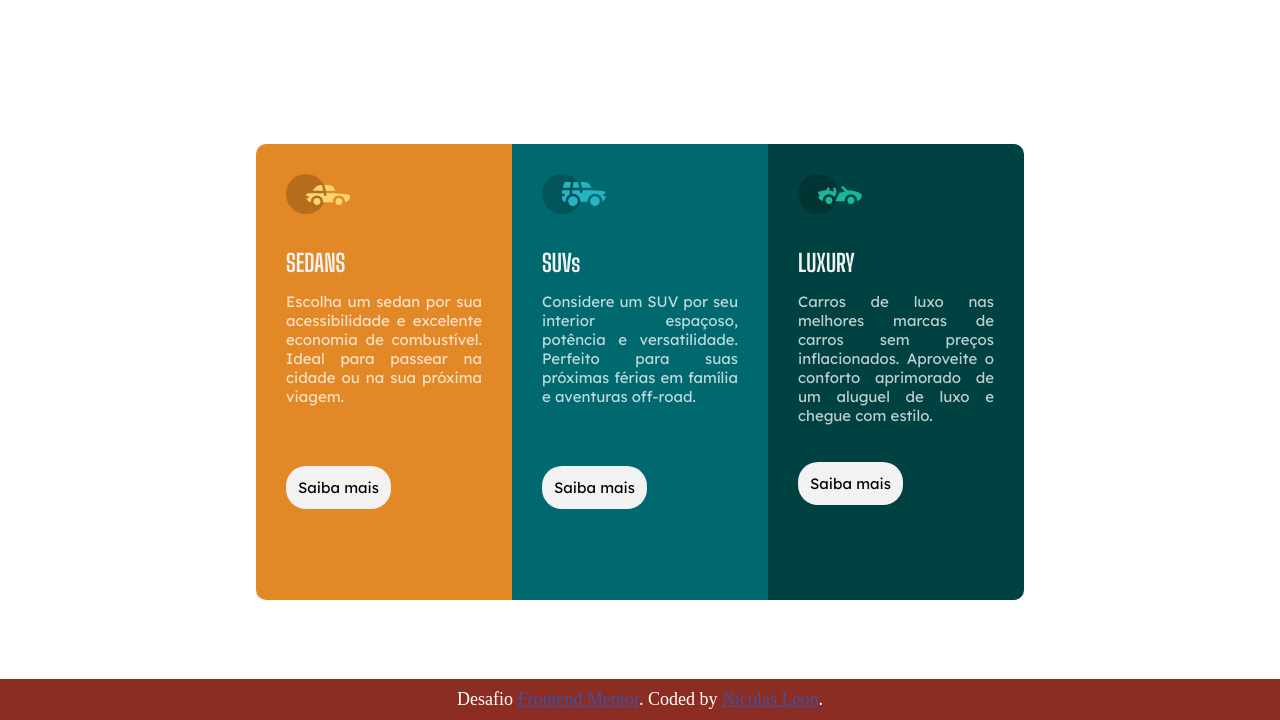
Repository: Leonngc/Car-cards
Page: index.html
The author's editor kept a copy of each file at every save. The page is drawn from the files as they stood at one save, then again after a run of saves.
The browser window is 1280 px wide. The pictures show the whole page.

Above is the page before, as saved 2023-01-17 19:21:26.

After the next 2 saves:
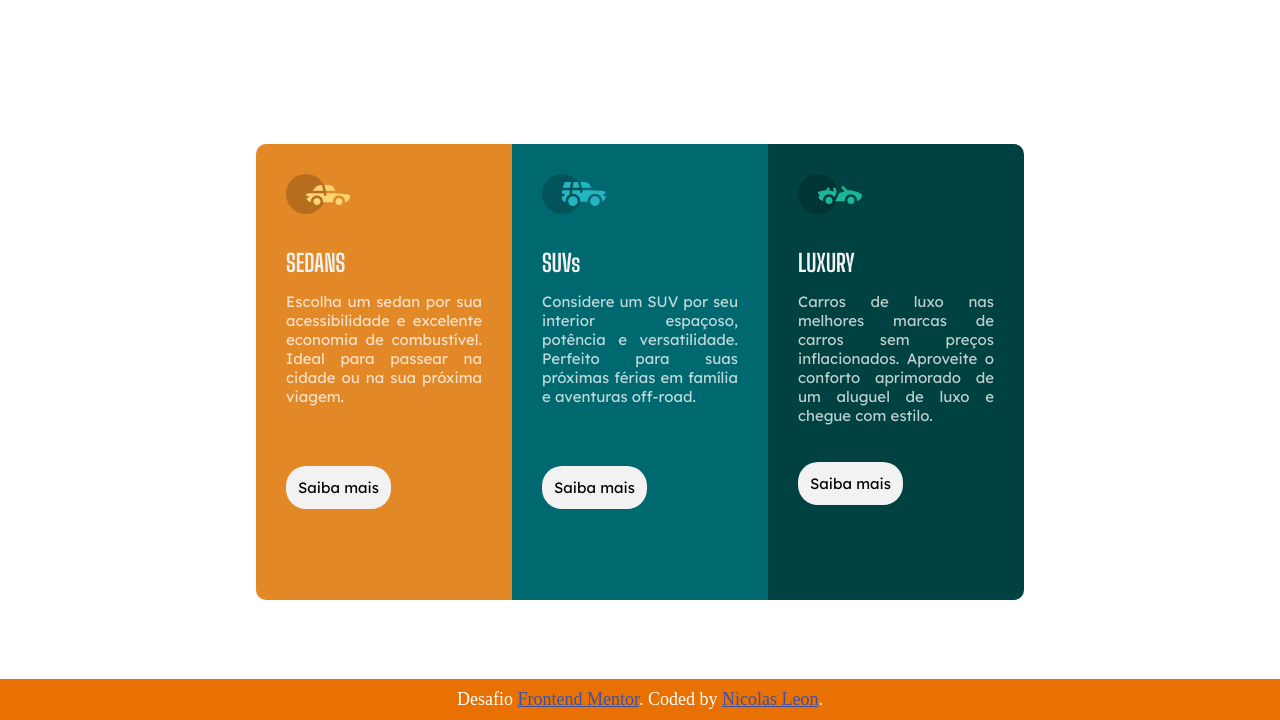
The 2 saves are shown as one change because they came seconds apart.
The last was saved 5 s later.
--- a/styles/style.css
+++ b/styles/style.css
@@ -80,7 +80,7 @@
 
 
   footer > p{
-    background-color: rgb(140, 45, 36);
+    background-color: rgb(233, 113, 2);
     color: white;
     font-size: 18px;
     margin-top: 11vh;
